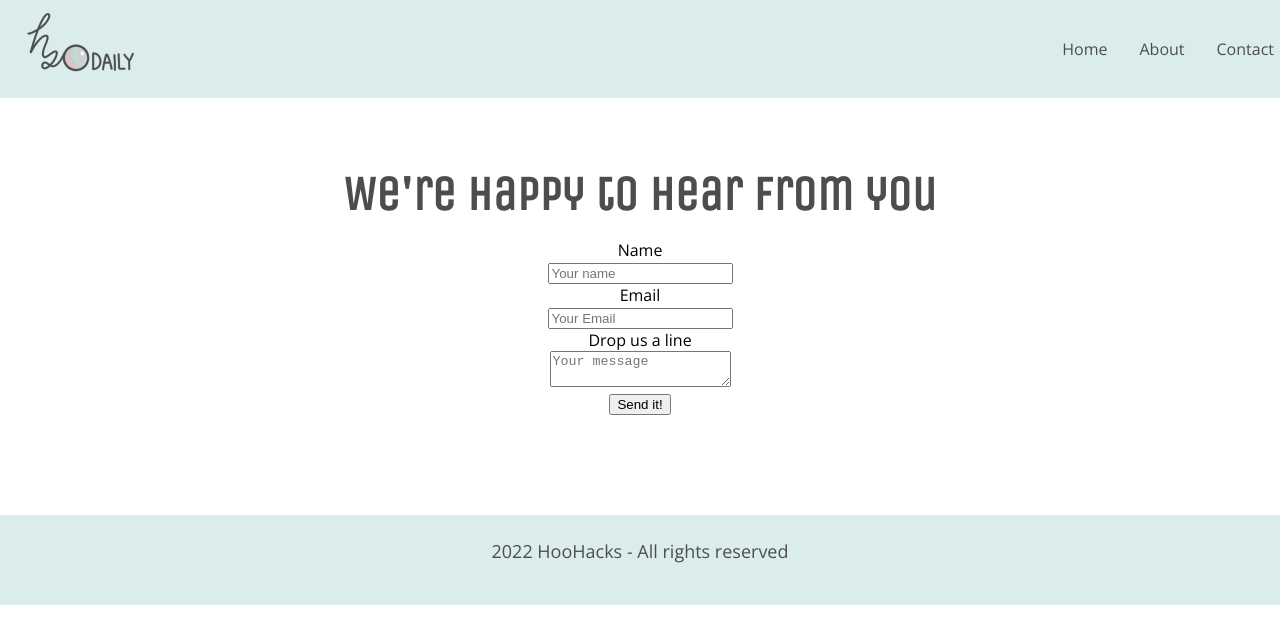
Repository: jennyjjung/H2ODaily
Page: contact.html
An editor plug-in stored every save of this project. The page is shown before and after the next save, followed by the edit.
The browser window is 1280 px wide. The pictures show the whole page.

Above is the page before, as saved 2022-03-26 20:37:16.

### contact.html
<!DOCTYPE html>
<html lang="en">
<head>
  <meta charset="UTF-8">
  <meta http-equiv="X-UA-Compatible" content="IE=edge">
  <meta name="viewport" content="width=device-width, initial-scale=1.0">
  <title>H2O Daily</title>
  <link href='https://fonts.googleapis.com/css?family=Unica One' rel='stylesheet'>
  <link href="https://fonts.googleapis.com/css2?family=Open+Sans:wght@400;600;700&display=swap" rel="stylesheet">
  <link rel="stylesheet" href="style.css" />
  <script src="main.js" defer></script>
</head>
<body>

  <nav id="navbar">
    <div class="navbar__logo">
      <a href="index.html"><img src="images/logo.png" id="navbar__logo"></a>
    </div>
    <div class="navbar__menu">
      <li class="navbar__menu__item"><a href="index.html">Home</a></li>
      <li class="navbar__menu__item"><a href="about.html">About</a></li>
      <li class="navbar__menu__item"><a href="contact.html">Contact</a></li>
    </div>
  </nav>

  <section id="contact">
    <h1>We're happy to hear from you</h1>
    <div class="contact__content">
      <form method="post" action="#" class="contact-form">
        <div class="row">
          <div class="table__label">
            <label for="name">Name</label>
          </div>
          <div class="table__input">
            <input type="text" name="name" id="name" placeholder="Your name" required>
          </div>
        </div>

        <div class="row">
          <div class="table__label">
            <label for="email">Email</label>
          </div>
          <div class="table__input">
            <input type="email" name="email" id="email" placeholder="Your Email" required>
          </div>
        </div>

        <div class="row">
          <div class="table__label">
            <label>Drop us a line</label>
          </div>
          <div class="table__input">
            <textarea name="message" placeholder="Your message"></textarea>
          </div>
        </div>

        <div class="row">
          <input type="submit" value="Send it!">
        </div>
      </form>
    </div>
  </section>

  <section id="bottom">
    <div class= "bottom__container">
      <p class="bottom__rights">2022 HooHacks - All rights reserved</p>
    </div>
  </section>

</body>
</html>

### style.css
/* Global */
:root {
  /* Color */
  --color-white: #ffffff;
  --color-dark-grey: #4d4d4d;
  --color-blue: #daedec;
  --color-dark-blue: #b9d8d6;
  --color-yellow: rgb(241, 247, 208);

  /* Font weight */
  --weight-bold: 700;
  --weight-semi-bold: 600;
  --weight-regular: 400;

  /* Font Size */
  --font-large: 48px;
  --font-medium: 28px;
  --font-regular: 18px;
  --font-small: 16px;
  --font-micro: 14px;

  /* Size */
  --size-border-radius: 4px;
}

body {
  margin: 0;
  font-family: "Open Sans";
  cursor: default;
  text-align: center;
}

h1 {
  font-size: var(--font-large);
  font-weight: var(--weight-bold);
  color: var(--color-dark-grey);
  font-family: "Unica One";
  margin: 16px 0px;
}

p {
  font-size: var(--font-regular);
  font-weight: var(--weight-regular);
  color: var(--color-dark-grey);
  margin: 4px 0;
}

li {
  list-style: none;
}

a {
  text-decoration: none;
  color: var(--color-dark-grey);
}

/* Navbar */
#navbar {
  position: fixed;
  display: flex;
  justify-content: space-between;
  width: 100%;
  background-color: var(--color-blue);
  padding: 10px;
  align-items: center;
}

.navbar__menu {
  display: flex;
  margin-left: 25px;
}

.navbar__logo {
  font-size: var(--font-medium);
  font-weight: var(--weight-semi-bold);
  justify-content: center;
}

#nevbar__logo {
  width: 80px;
  padding-left: 20px;
  padding-top: 10px;
}

.navbar__menu__item {
  padding: 8px 12px;
  margin: 0 4px;
  cursor: pointer;
  border-radius: var(--size-border-radius);
}

.navbar__menu__item:hover {
  background-color: var(--color-dark-blue);
}

/* Home */
#home,
#contact,
#about {
  padding: 150px 40px 100px 40px;
}

.home__title {
  color: var(--color-dark-grey);
}

.home__content {
  width: 80%;
}

.home__container {
  display: flex;
  flex-direction: column;
  align-items: center;
  justify-content: center;
}

.home__logo {
  width: 300px;
  height: 300px;
  margin: 20px;
  margin-bottom: 0;
}

.btn__home {
  color: var(--color-dark-grey);
  background-color: var(--color-blue);
  font-size: var(--font-regular);
  font-weight: var(--weight-bold);
  font-family: "Unica One";
  margin: 24px;
  padding: 8px 16px;
  border-radius: var(--size-border-radius);
}

.btn__home:hover {
  background-color: var(--color-dark-blue);
}

#bottom {
  background-color: var(--color-blue);
  padding: 20px;
  text-align: center;
  height: 50px;
}

.about__content,
.contact__content {
  width: 70%;
  text-align: center;
  margin: auto;
}

/* Contact */

Loaded but not shown: main.js (no copy from this time; the picture is the same without it)

After the next save:
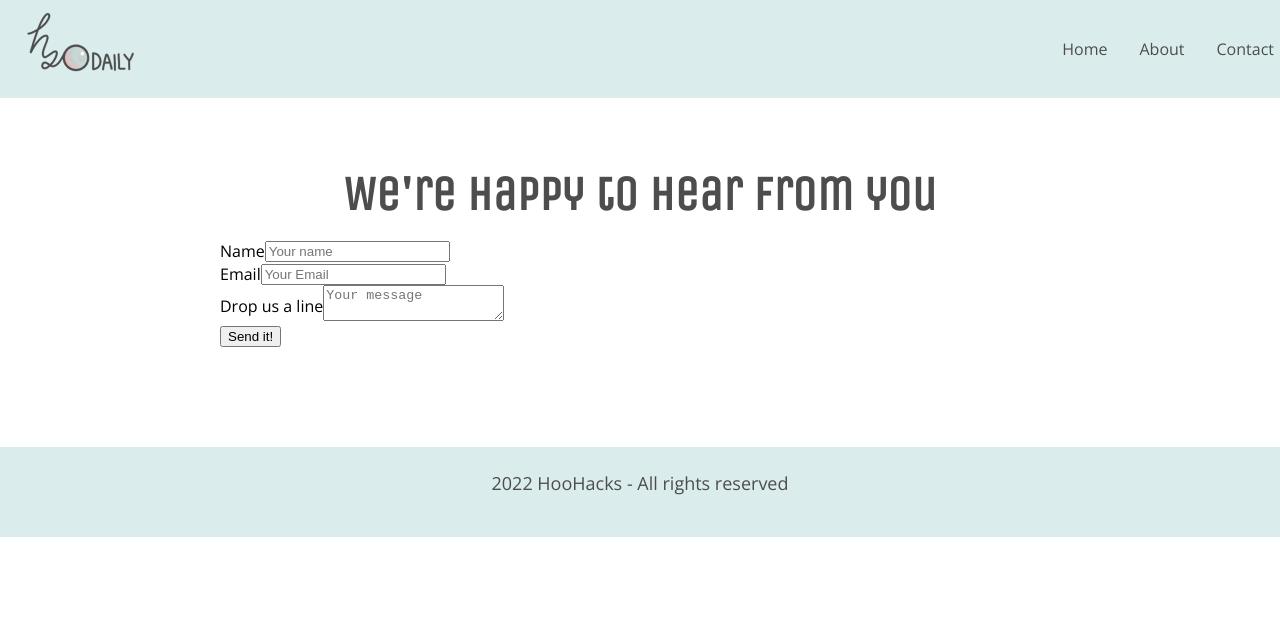
Saved 9 min 0 s later.
--- a/style.css
+++ b/style.css
@@ -152,3 +152,7 @@ a {
 }
 
 /* Contact */
+.row {
+  display: flex;
+  align-items: center;
+}
